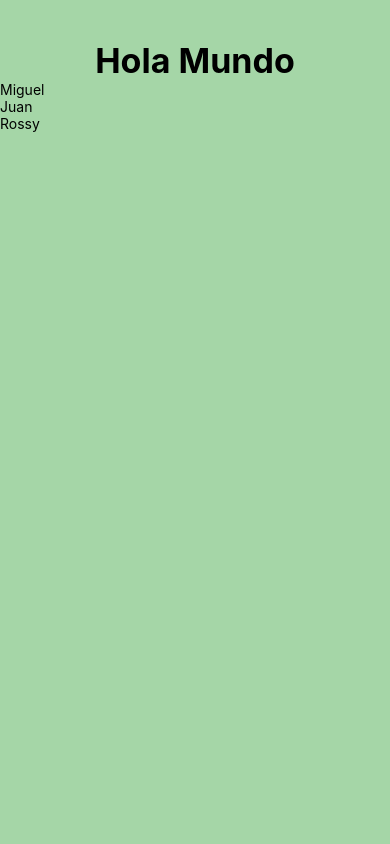
Repository: AleMicky/citas
Screen: /
These files come from the project's save history. The screen is drawn as it stood at one moment and after the next save; the edit follows.
The app was drawn by React Native's web renderer in a window 390 px wide. The project was rebuilt for these pictures with package versions that can differ from the ones it lists, and the page was loaded fresh each time.

Above is the screen before, as saved 2020-06-27 00:20:29.

After the next save:
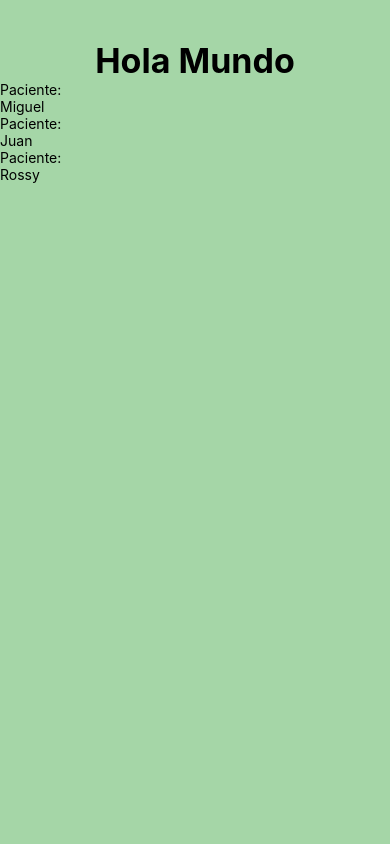
Saved 33 s later.
--- a/src/components/Cita.js
+++ b/src/components/Cita.js
@@ -6,6 +6,7 @@ const Cita = ({item}) => {
     const { paciente } = item;
     return (
         <View>
+            <Text>Paciente: </Text>
             <Text>{paciente}</Text>
         </View>
     );
